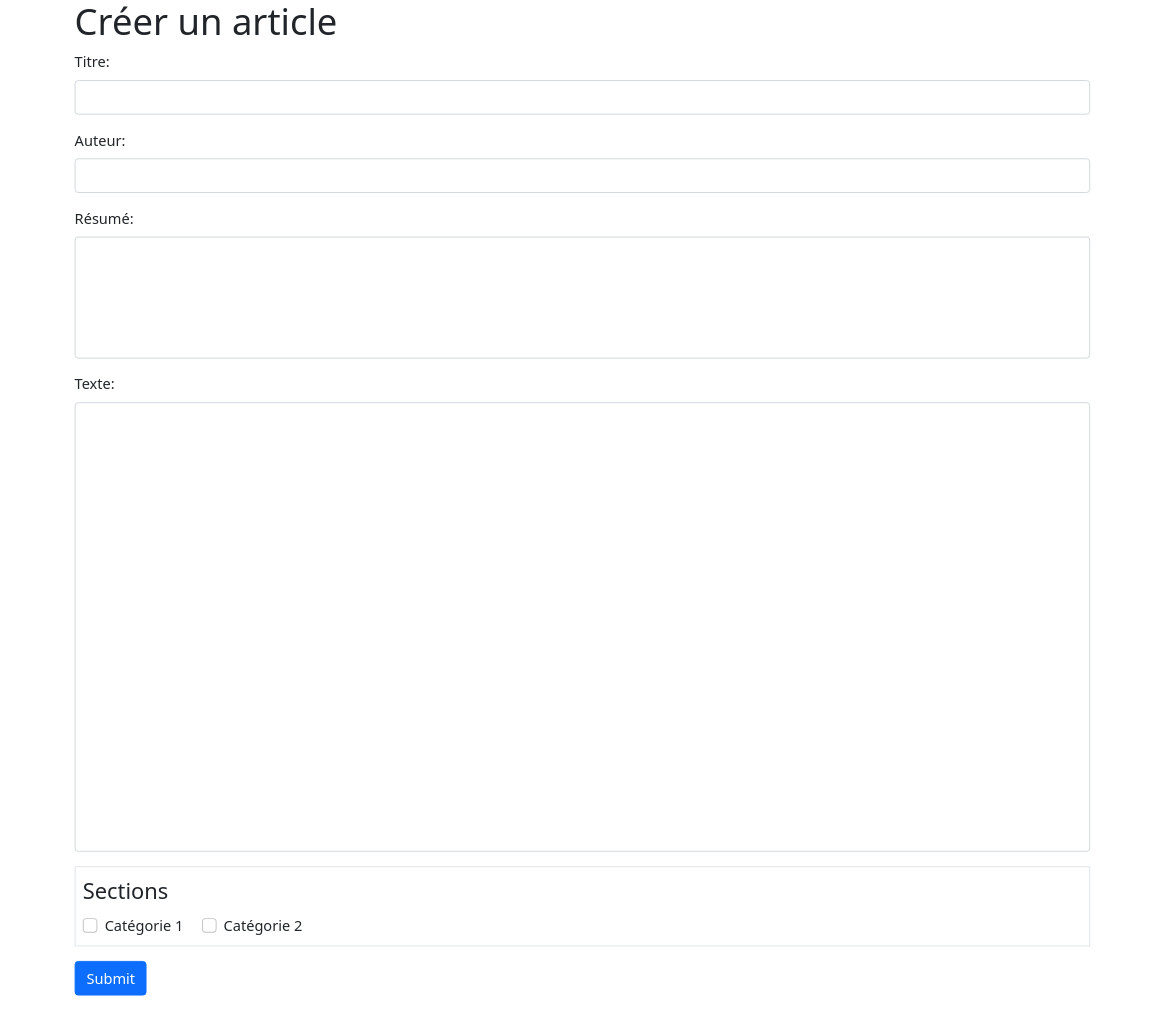
Repository: QuentinFayt/NewsWeb
Page: sources/adminNewsWeb/createArticle.html
An editor plug-in stored every save of this project. The page is shown before and after the next save, followed by the edit.
The browser window is 1280 px wide. The pictures show the whole page, at 91% of full size.

Above is the page before, as saved 2021-12-23 11:21:05.

After the next save:
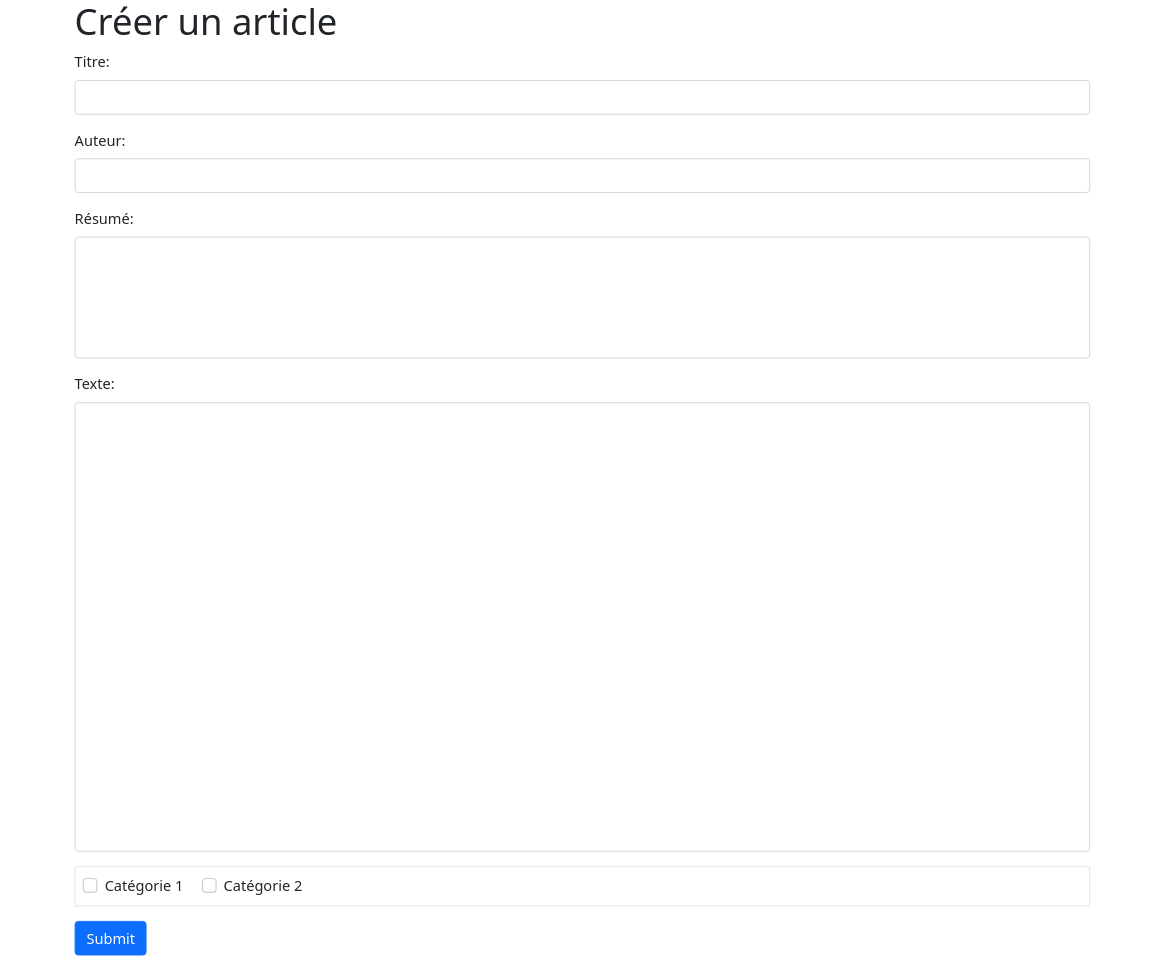
Saved 33 s later.
--- a/sources/adminNewsWeb/createArticle.html
+++ b/sources/adminNewsWeb/createArticle.html
@@ -33,7 +33,6 @@
                 <textarea name="text" class="form-control" id="text" rows="20" style="resize: none;" required></textarea>
             </div>
             <fieldset class="border p-2 mb-3">
-                <legend>Sections</legend>
                 <div class="form-check form-check-inline">
                     <input name="section" class="form-check-input" type="checkbox" id="section1" value="option1">
                     <label class="form-check-label" for="section1">Catégorie 1</label>
